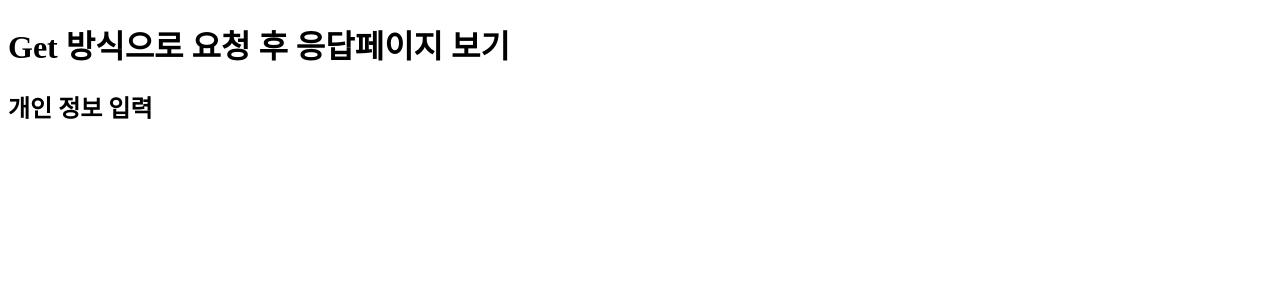
Repository: 1400CP/05_server-workspace1
Page: 1_Servlet/WebContent/views/requestTest_GET.html
The author's editor kept a copy of each file at every save. The page is drawn from the files as they stood at one save, then again after the next save.
The browser window is 1280 px wide. The pictures show the whole page.

Above is the page before, as saved 2025-02-14 01:41:24.

### 1_Servlet/WebContent/views/requestTest_GET.html
<!DOCTYPE html>
<html>
<head>
<meta charset="UTF-8">
<title>Insert title here</title>
</head>
<body>

	<h1>Get 방식으로 요청 후 응답페이지 보기</h1>

	<h2>개인 정보 입력</h2>


</body>
</html>

After the next save:
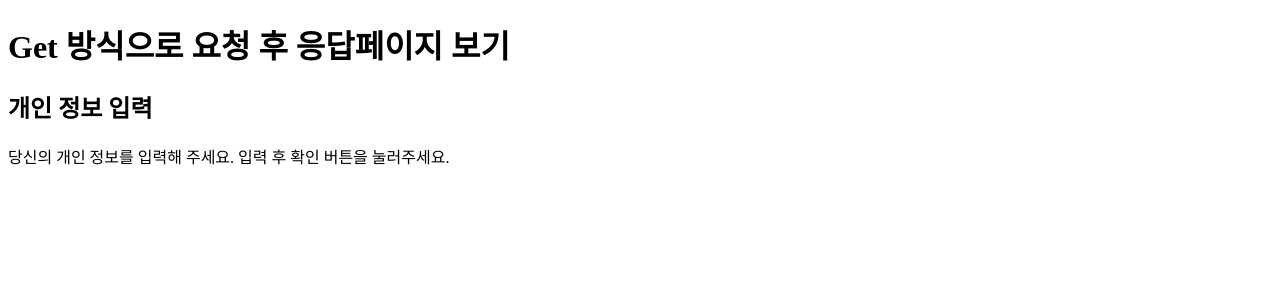
Saved 23 s later.
--- a/1_Servlet/WebContent/views/requestTest_GET.html
+++ b/1_Servlet/WebContent/views/requestTest_GET.html
@@ -9,6 +9,7 @@
 	<h1>Get 방식으로 요청 후 응답페이지 보기</h1>
 
 	<h2>개인 정보 입력</h2>
+	<p>당신의 개인 정보를 입력해 주세요. 입력 후 확인 버튼을 눌러주세요.</p>
 
 
 </body>
